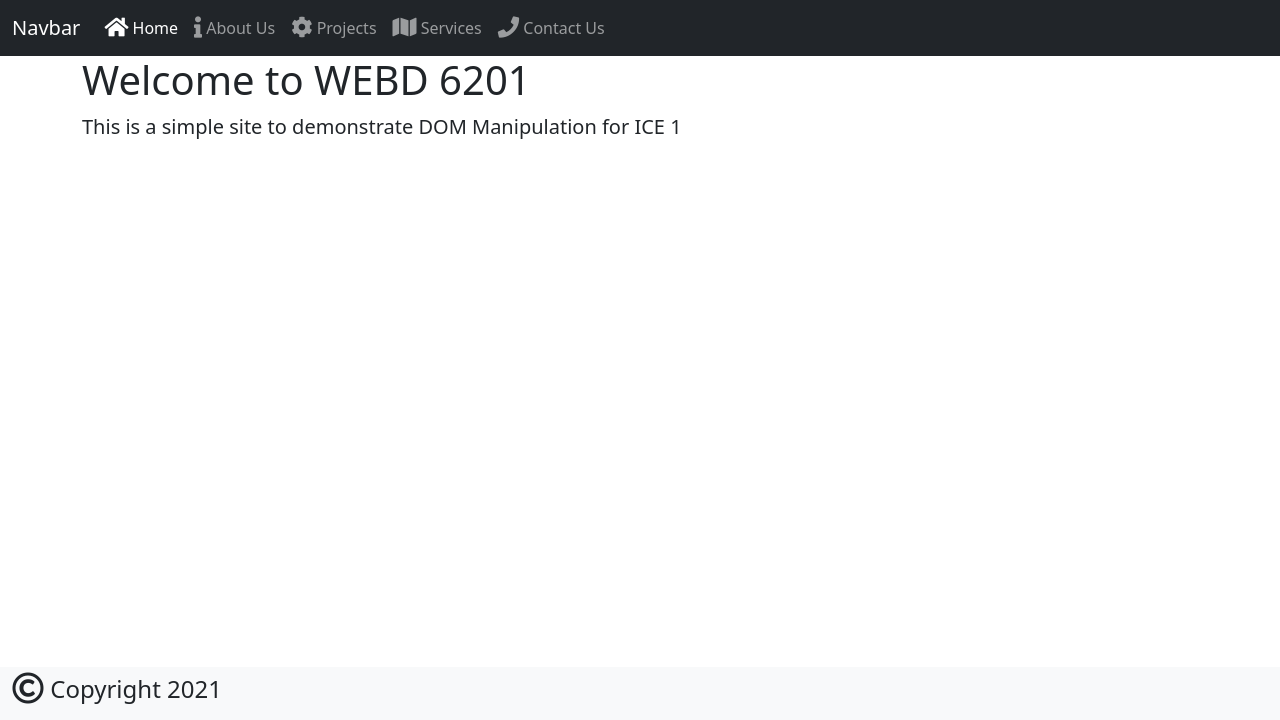
Repository: ErikHayward/WEBD6201-W2021-ICE1b
Page: index.html
These files come from the project's save history. The page is drawn as it stood at one moment and after the next save; the edit follows.
The browser window is 1280 px wide. The pictures show the whole page.

Above is the page before, as saved 2021-01-22 20:08:14.

### index.html
<!DOCTYPE html>
<html lang="en">
<head>
    <meta charset="UTF-8">
    <meta name="viewport" content="width=device-width, initial-scale=1.0">
    <title>WEBD6201 - W2021 - ICE 1</title>
    <!-- CSS Section -->
    <link rel="stylesheet" href="./node_modules/bootstrap/dist/css/bootstrap.min.css">
    <link rel="stylesheet" href="./node_modules/@fortawesome/fontawesome-free/css/all.min.css">
    <link rel="stylesheet" href="./Content/app.css">
</head>
<body>

    <header>
        <nav class="navbar navbar-expand-lg navbar-dark bg-dark">
            <div class="container-fluid">
              <a class="navbar-brand" href="#">Navbar</a>
              <button class="navbar-toggler" type="button" data-bs-toggle="collapse" data-bs-target="#navbarSupportedContent" aria-controls="navbarSupportedContent" aria-expanded="false" aria-label="Toggle navigation">
                <span class="navbar-toggler-icon"></span>
              </button>
              <div class="collapse navbar-collapse" id="navbarSupportedContent">
                <ul class="navbar-nav me-auto mb-2 mb-lg-0">

                  <li class="nav-item">
                    <a class="nav-link active" aria-current="page" href="#"><i class="fas fa-home fa-lg"></i> Home</a>
                  </li>

                  <li class="nav-item">
                    <a class="nav-link" aria-current="page" href="#"><i class="fas fa-info fa-lg"></i> About Us</a>
                  </li>

                  <li class="nav-item">
                    <a class="nav-link" aria-current="page" href="#"><i class="fas fa-cog fa-lg"></i> Projects</a>
                  </li>

                  <li class="nav-item">
                    <a class="nav-link" aria-current="page" href="#"><i class="fas fa-map fa-lg"></i> Services</a>
                  </li>

                  <li class="nav-item">
                    <a class="nav-link" aria-current="page" href="#"><i class="fas fa-phone fa-lg"></i> Contact Us</a>
                  </li>

                </ul>
              </div>
            </div>
          </nav>
    </header>

    <main class="container">
        <h1>Welcome to WEBD 6201</h1>
        <p id="paragraphOne"></p>
    </main>

    <footer>
        <nav class="navbar fixed-bottom navbar-light bg-light">
            <div class="container-fluid">
              <h4><i class="far fa-copyright fa-lg"></i> Copyright 2021</h4>
            </div>
          </nav>
    </footer>

    <!-- Script Section -->
    <script src="./node_modules/jquery/dist/jquery.min.js"></script>
    <script src="./node_modules/bootstrap/dist/js/bootstrap.bundle.min.js"></script>
    <script src="./Scripts/app.js"></script>
</body>
</html>

### Content/app.css
/* Custom CSS goes here */

### Scripts/app.js
/* Custom Java Script goes here */

// IIFE - Immediately Invoked Function Expression
// AKA - Anonymous Self-Executing Function
// Closure - limits scope leak

"use strict";

(function(){

    function Start(){
        console.log("App Started...");

        let paragraphOneText = "This is a simple site to demonstrate DOM Manipulation for ICE 1";

        let paragraphOneElement = document.getElementById("paragraphOne");

        paragraphOneElement.textContent = paragraphOneText;
        paragraphOneElement.className = "fs-5";

        // Step 1. document.createElement
        let newParagraph = document.createElement("p");
        // Step 2. configure the element
        newParagraph.setAttribute("id", "paragraphTwo");
        newParagraph.textContent = "...And this is paragraph two";
        // Step 3. Add / Insert the element
        let mainContent = document.getElementsByTagName("main")[0];

    }

    window.addEventListener("load", Start);

})();

Loaded but not shown: node_modules/bootstrap/dist/css/bootstrap.min.css (library); node_modules/@fortawesome/fontawesome-free/css/all.min.css (library); node_modules/jquery/dist/jquery.min.js (library); node_modules/bootstrap/dist/js/bootstrap.bundle.min.js (library)

After the next save:
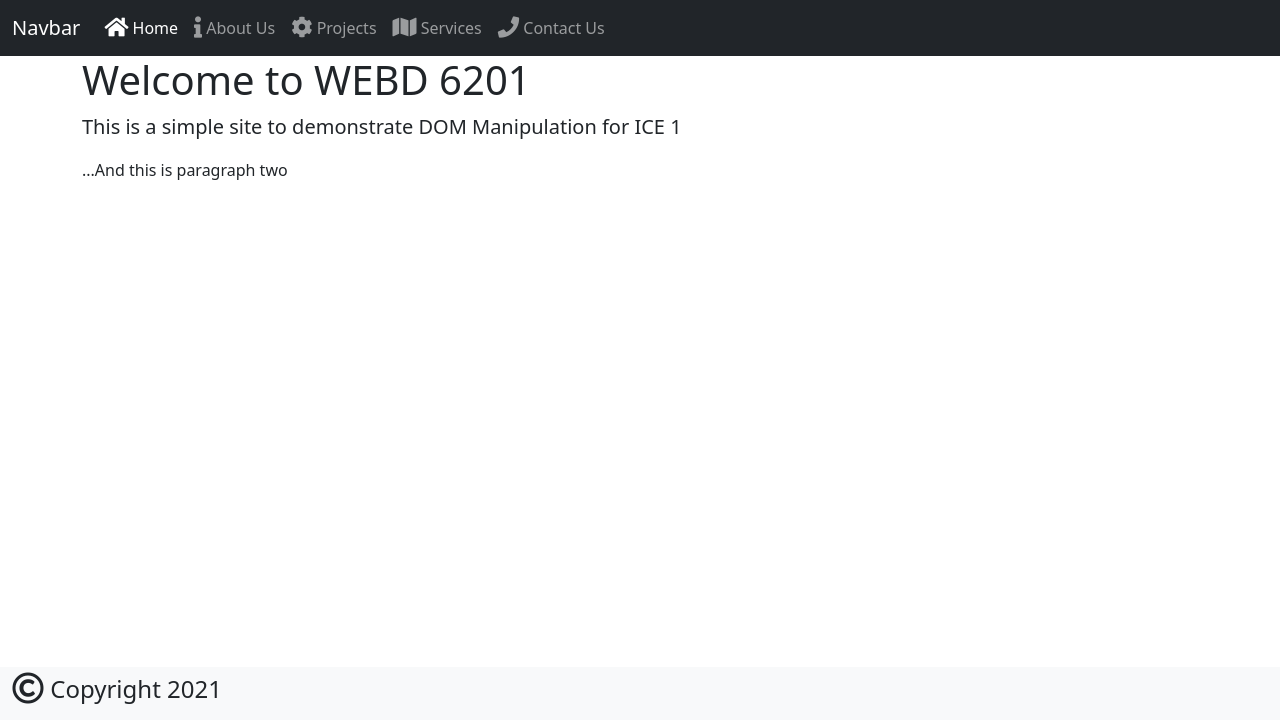
Saved 47 s later.
--- a/Scripts/app.js
+++ b/Scripts/app.js
@@ -23,8 +23,10 @@
         // Step 2. configure the element
         newParagraph.setAttribute("id", "paragraphTwo");
         newParagraph.textContent = "...And this is paragraph two";
-        // Step 3. Add / Insert the element
+        // Step 3. select the parent element
         let mainContent = document.getElementsByTagName("main")[0];
+        // Step 4. Add / Insert element
+        mainContent.appendChild(newParagraph);
 
     }
 
